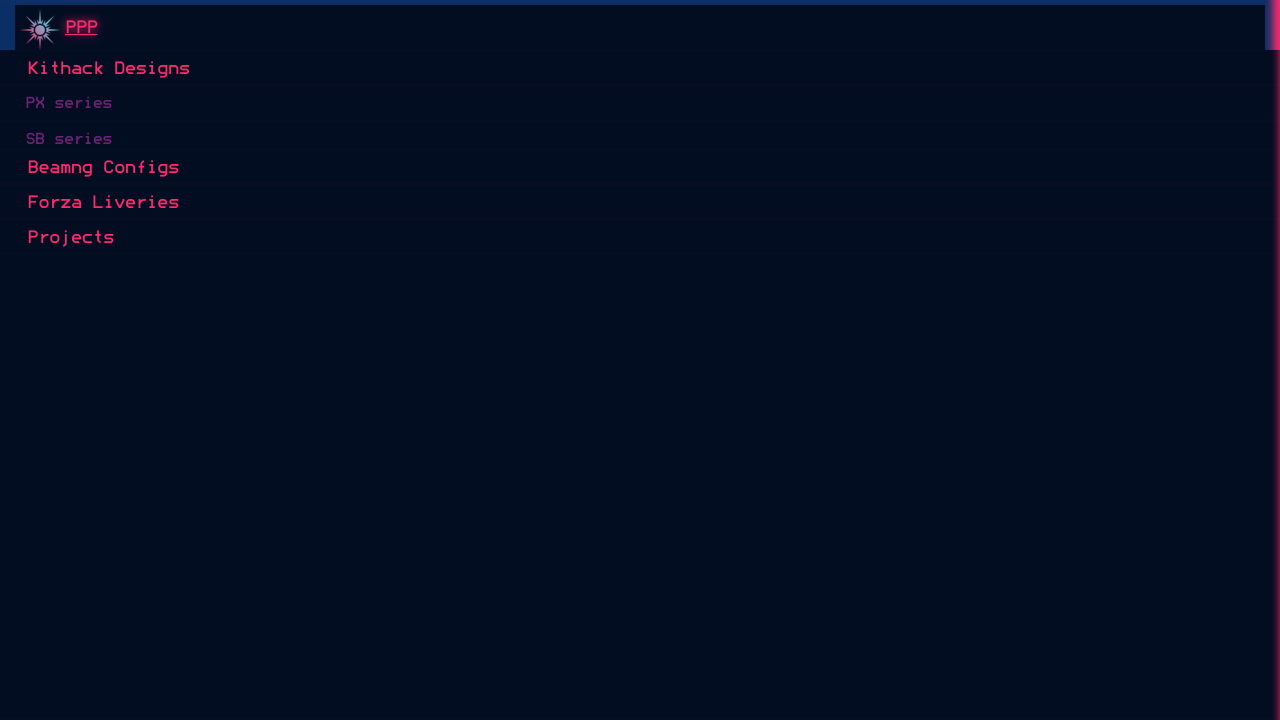
Repository: Pamishly/PamishlysPlayPlace
Page: navbar.html
The author's editor kept a copy of each file at every save. The page is drawn from the files as they stood at one save, then again after the next save.
The browser window is 1280 px wide. The pictures show the whole page.
The first `#kithack` is checked.

Above is the page before, as saved 2024-09-11 21:22:19.

After the next save:
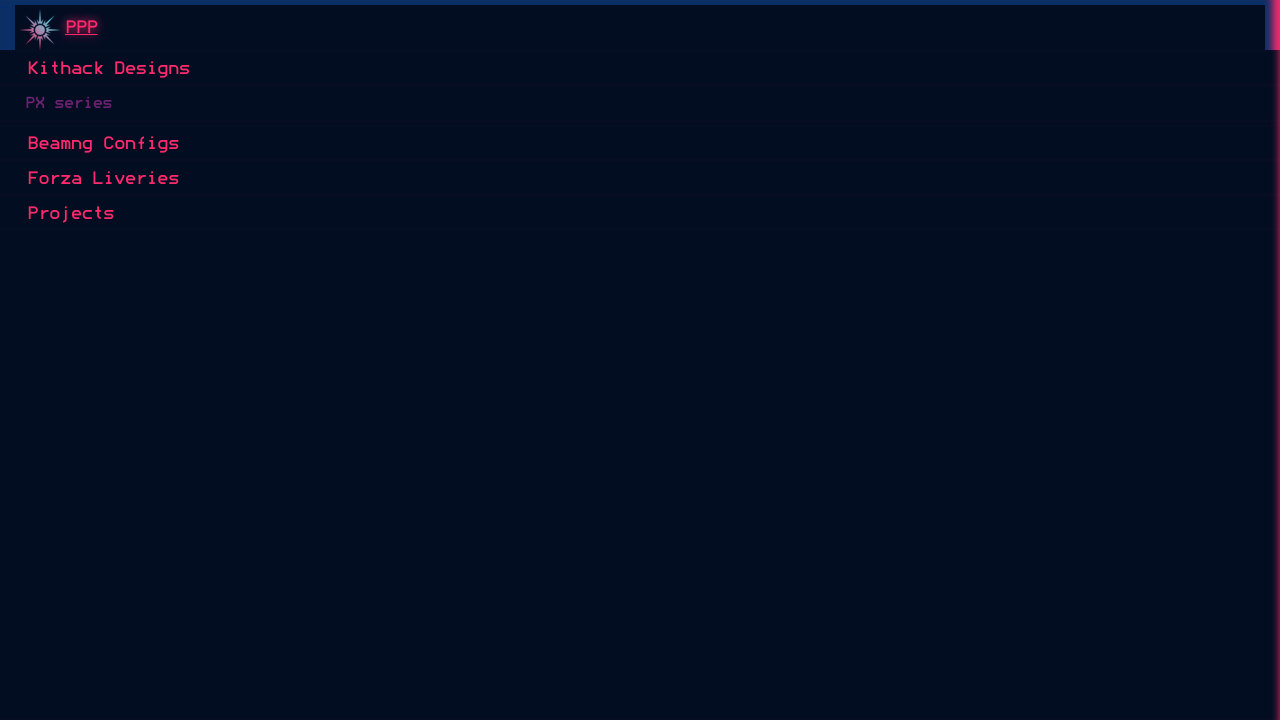
Saved 30 s later.
--- a/main.css
+++ b/main.css
@@ -139,7 +139,7 @@
     height: 163px;
 }
 #kithack:checked + li {
-    height: 99px;
+    height: 75px;
 }
 #projects:checked + li {
     height: 67px;
